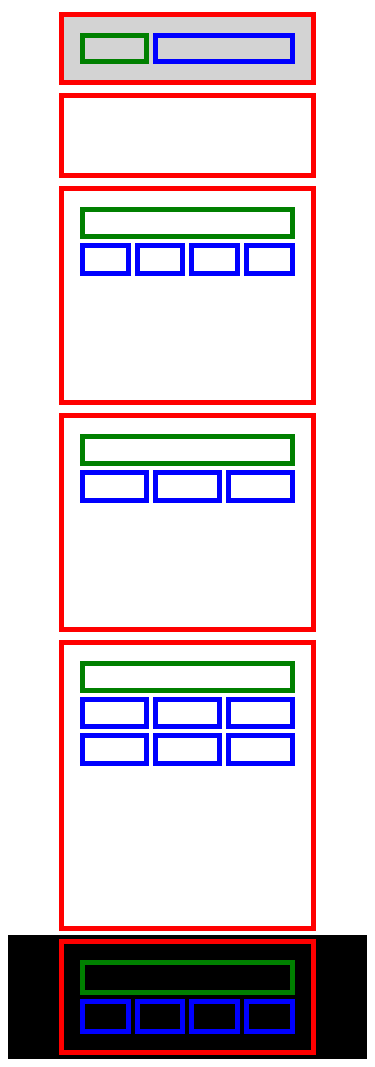
Repository: anderscederberg11/LAB2BG
Page: index.html
An editor plug-in stored every save of this project. The page is shown before and after the next save, followed by the edit.
The browser window is 375 px wide. The pictures show the whole page.

Above is the page before, as saved 2024-02-01 20:40:53.

After the next save:
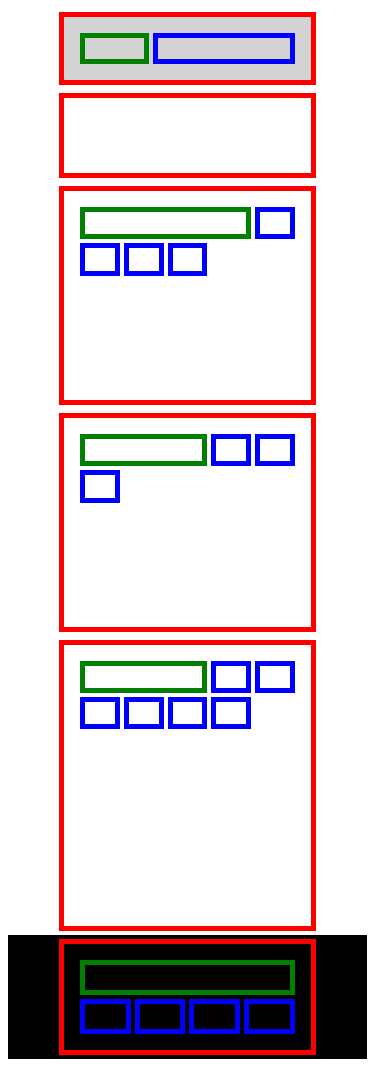
Saved 15 s later.
--- a/css/style.css
+++ b/css/style.css
@@ -121,7 +121,7 @@
     display: none;
   }
   .sectionThree, .sectionFour, .sectionFive{
-    grid-template-rows: repeat(5, 1fr);
+    grid-template-columns: repeat(5, 1fr);
   }
   .headerSectionThree, .headerSectionFour, .headerSectionFive{
     column-span: none;
